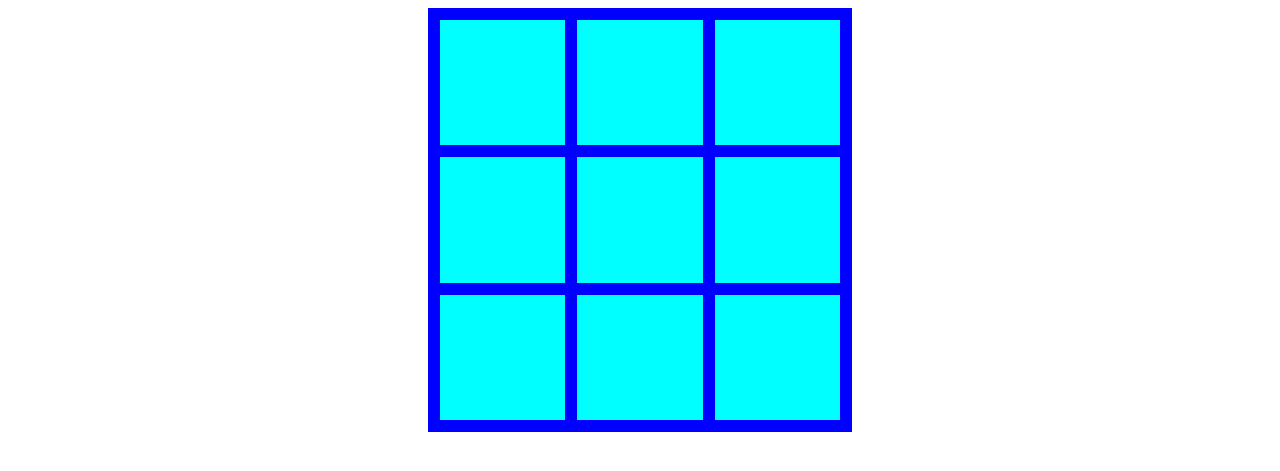
Repository: yeetzpxoci/tic-tac-toe
Page: index.html
An editor plug-in stored every save of this project. The page is shown before and after the next save, followed by the edit.
The browser window is 1280 px wide. The pictures show the whole page.

Above is the page before, as saved 2023-02-22 23:20:49.
Console error: TypeError: squares.forEach is not a function

### index.html
<!DOCTYPE html>
<html lang="en">
<head>
    <meta charset="UTF-8">
    <meta http-equiv="X-UA-Compatible" content="IE=edge">
    <meta name="viewport" content="width=device-width, initial-scale=1.0">
    <title>Tic Tac Toe</title>
    <link rel="stylesheet" type="text/css" href="styles.css" />
</head>
<body>
    <div class="board">
        <div class="square">
        </div>

        <div class="square">
        </div>

        <div class="square">
        </div>

        <div class="square">
        </div>

        <div class="square">
        </div>

        <div class="square">
        </div>

        <div class="square">
        </div>

        <div class="square">
        </div>

        <div class="square">
        </div>
    </div>
<script src="script.js"></script>
</body>
</html>

### styles.css
body {
    display: flex;
    justify-content: center;
    align-items: center;
    min-width: 100vh;
}

.board {
    height: 400px;
    width: 400px;
    background-color: blue;
    padding: 12px;
    gap: 12px;
    font-size: 96px;
    font-family: Arial, Helvetica, sans-serif;
    font-weight: bolder;
    display: grid;
    grid-template-columns: repeat(3, 1fr);
    grid-template-rows: repeat(3, 1fr);
}

.square {
    display: flex;
    justify-content: center;
    align-items: center;
    background-color: aqua;
}

### script.js
const squares = document.getElementsByClassName("square");

const gameBoard = (() => {
    let gameBoard = ["X", "O", "X", "X", "O", "O", "O", "X", "O"];
    return {
        gameBoard
    };
})();

const game = (() => {
    const turn = "X";
    const startGame = () => "smth";
    return {
        startGame
    };
})();

const players = (symbol) => {
    const play = (index) => gameBoard[index] = symbol;
    return {symbol, play};
};

function renderBoard() {
    for (let i = 0; i < gameBoard.gameBoard.length; i++) {
        squares[i].innerHTML = gameBoard.gameBoard[i];
    }
}

function resetBoard() {
    for (let i = 0; i < gameBoard.gameBoard.length; i++) {
        squares[i].innerHTML = "";
    }
}

squares.forEach(element => {
    element.addEventListener("click", players(game.turn).play(index));
});


renderBoard();

After the next save:
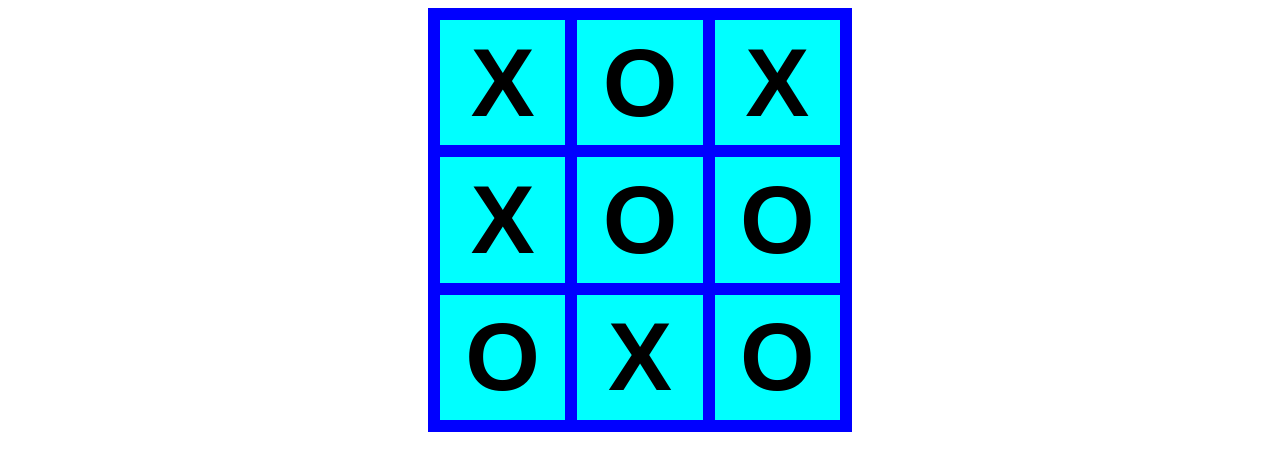
The error is gone.
Saved 19 s later.
--- a/script.js
+++ b/script.js
@@ -32,9 +32,5 @@ function resetBoard() {
     }
 }
 
-squares.forEach(element => {
-    element.addEventListener("click", players(game.turn).play(index));
-});
-
 
 renderBoard();
